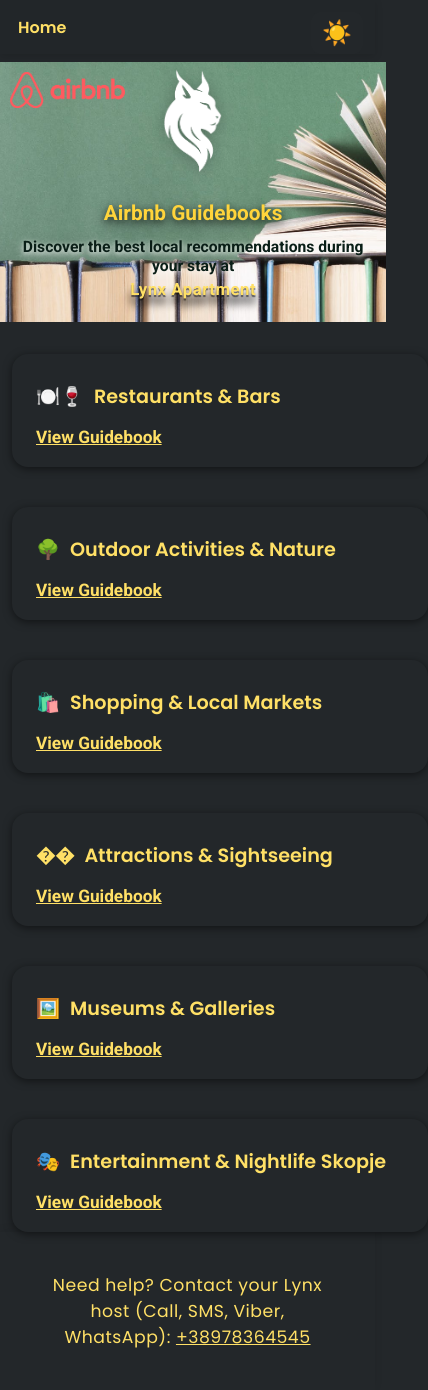
Repository: Z0ck0/Lynx-Apartment-Dashboard
Page: guidebooks.html
The author's editor kept a copy of each file at every save. The page is drawn from the files as they stood at one save, then again after the next save.
The browser window is 375 px wide. The page is 428 px wide, so the pictures cover 428 px, including what lies to the right of the window. The pictures show the whole page.

Above is the page before, as saved 2025-07-02 13:07:20.

After the next save:
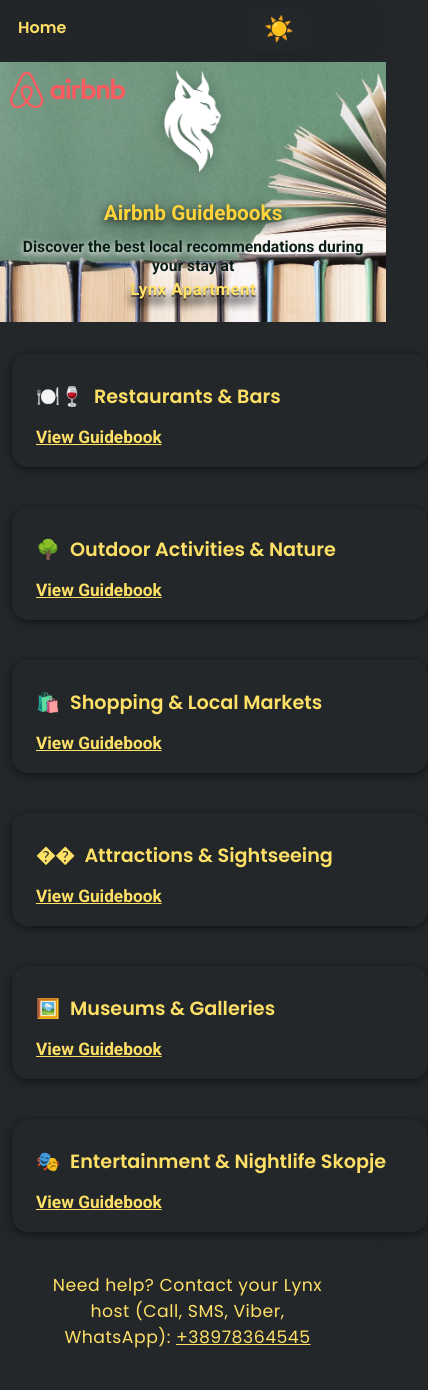
Saved 29 s later.
--- a/guidebooks.html
+++ b/guidebooks.html
@@ -170,8 +170,9 @@
           grid-template-columns: 1fr;
         }
         #theme-toggle {
-          top: 12px;
-          right: 12px;
+        #theme-toggle {
+          top: 4px;
+          right: 34px;
         }
       }
       body.dark-mode {
